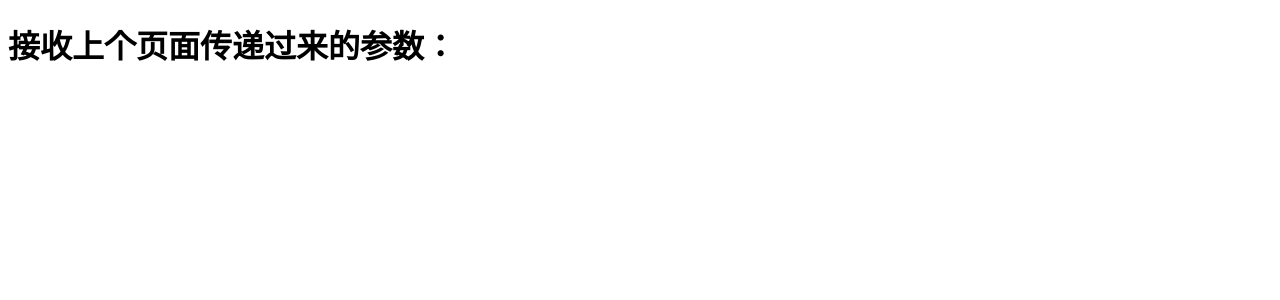
Repository: frankstar007/java
Page: http://localhost/Servlet_Study/jspfragments/Inc.jsp
The author's editor kept a copy of each file at every save. The page is drawn from the files as they stood at one save, then again after the next save.
The browser window is 1280 px wide. The pictures show the whole page.
The page is served by Tomcat 9. Nobody is signed in. The application's start-up code is not run. Other server files are loaded and not shown.

Above is the page before, as saved 2016-05-03 09:49:20.

### Servlet_Study/WebContent/jspfragments/Inc.jsp
<%@ page language="java" contentType="text/html; charset=UTF-8"
    pageEncoding="UTF-8"%>
<!DOCTYPE html PUBLIC "-//W3C//DTD HTML 4.01 Transitional//EN" "http://www.w3.org/TR/html4/loose.dtd">
<html>
<head>
<meta http-equiv="Content-Type" content="text/html; charset=UTF-8">
<title>Insert title here</title>
</head>
<body>
	<h1>接收上个页面传递过来的参数：</h1>
</body>
</html>

After the next save:
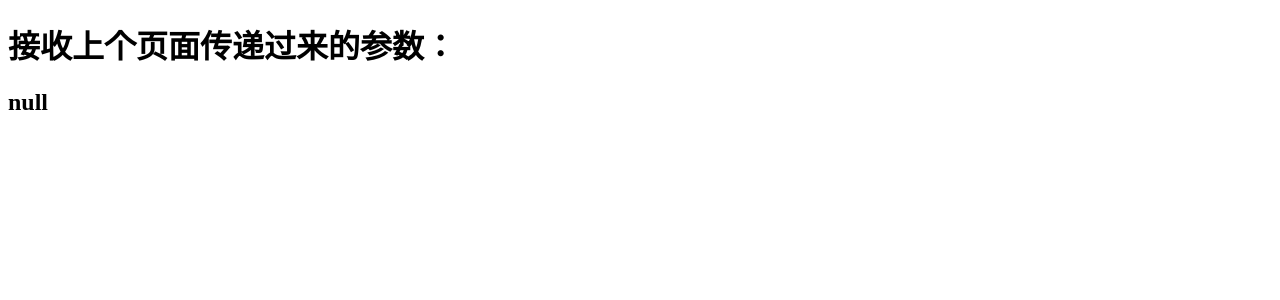
Saved 33 s later.
--- a/Servlet_Study/WebContent/jspfragments/Inc.jsp
+++ b/Servlet_Study/WebContent/jspfragments/Inc.jsp
@@ -8,5 +8,6 @@
 </head>
 <body>
 	<h1>接收上个页面传递过来的参数：</h1>
+	<h2><%=request.getParameter("parm1") %></h2>
 </body>
 </html>
